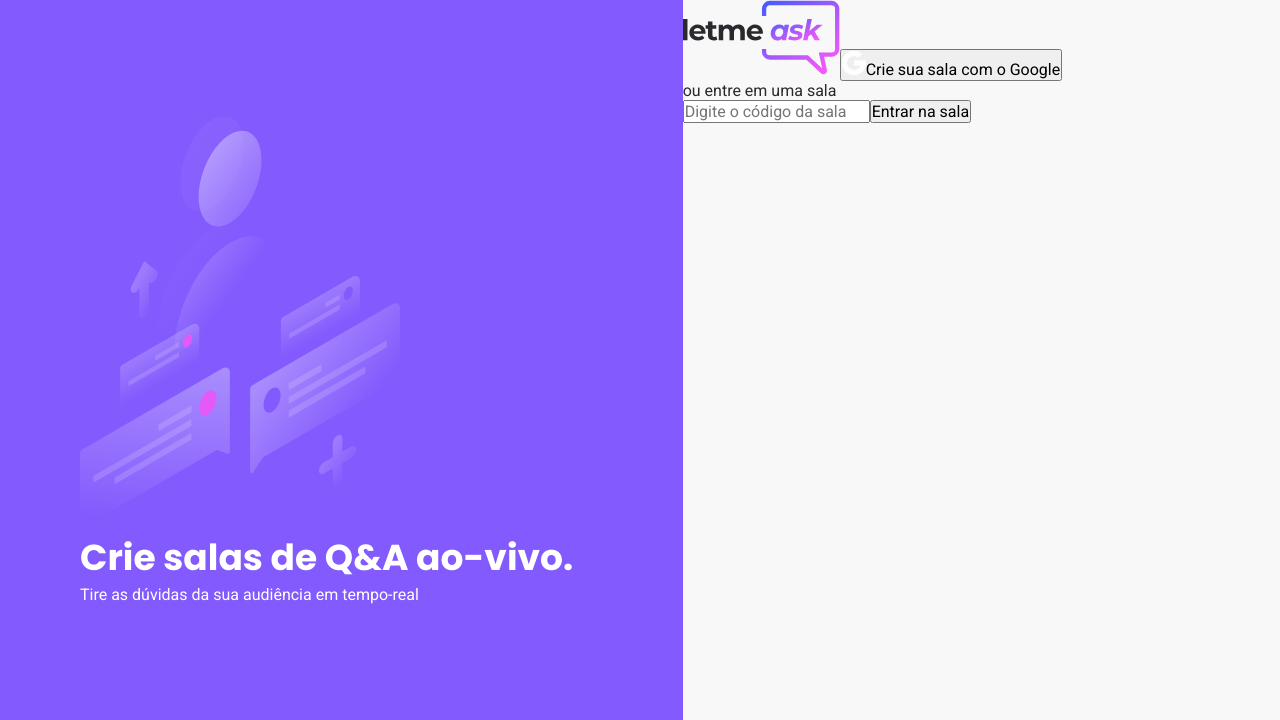
Repository: andynadvorny/letmeask
Page: /
These files come from the project's save history. The page is drawn as it stood at one moment and after the next save; the edit follows.
The browser window is 1280 px wide. The pictures show the whole page.
The project was rebuilt for these pictures with package versions that can differ from the ones it lists, and the page was loaded fresh each time.

Above is the page before, as saved 2021-06-24 10:22:14.

### public/index.html
<!DOCTYPE html>
<html lang="en">
  <head>
    <meta charset="utf-8" />
    <meta name="viewport" content="width=device-width, initial-scale=1" />

    <link rel="preconnect" href="https://fonts.googleapis.com">
    <link rel="preconnect" href="https://fonts.gstatic.com" crossorigin>
    <link href="https://fonts.googleapis.com/css2?family=Poppins:wght@400;700&family=Roboto:wght@400;500&display=swap" rel="stylesheet">

    <title>LetMeAsk</title>
  </head>
  <body>
    <noscript>You need to enable JavaScript to run this app.</noscript>
    <div id="root"></div>
  </body>
</html>

### src/index.tsx
import React from 'react';
import ReactDOM from 'react-dom';
import App from './App';

import './services/firebase';

import './styles/global.scss'

ReactDOM.render(
  <React.StrictMode>
    <App />
  </React.StrictMode>,
  document.getElementById('root')
);

### src/pages/Home.tsx
import illustrationImg from '../assets/images/illustration.svg';
import logoImg from '../assets/images/logo.svg';
import googleIconImg from '../assets/images/google-icon.svg';

import '../styles/auth.scss'

export function Home() {
  return (
    <div id="page-auth">
      <aside>
        <img src={illustrationImg} alt="Ilustração simbolizando perguntas e respostas" />
        <strong>Crie salas de Q&amp;A ao-vivo.</strong>
        <p>Tire as dúvidas da sua audiência em tempo-real</p>
      </aside>
      <main>
        <div>
          <img src={logoImg} alt="LetMeAsk" />
          <button>
            <img src={googleIconImg} alt="Logo do Google" />
            Crie sua sala com o Google
          </button>
          <div>ou entre em uma sala</div>
          <form>
            <input
              type="text"
              placeholder="Digite o código da sala"
            />
            <button type="submit">
              Entrar na sala
            </button>
          </form>
        </div>
      </main>
    </div>
  )
}

### src/styles/auth.scss
#page-auth {
  display: flex;
  align-items: stretch;
  height: 100vh;

  aside {
    flex: 7;

    background: #835afd;
    color: #fff;

    display: flex;
    flex-direction: column;
    justify-content: center;

    padding: 120px 80px;

    img {
      max-width: 320px;
    }

    strong {
      font: 700 36px 'Poppins', sans-serif;
    }
  }

  main {
    flex: 8;
  }
}

Loaded but not shown: src/App.tsx (common file); src/services/firebase.ts (common file); src/styles/global.scss (common file)

After the next save:
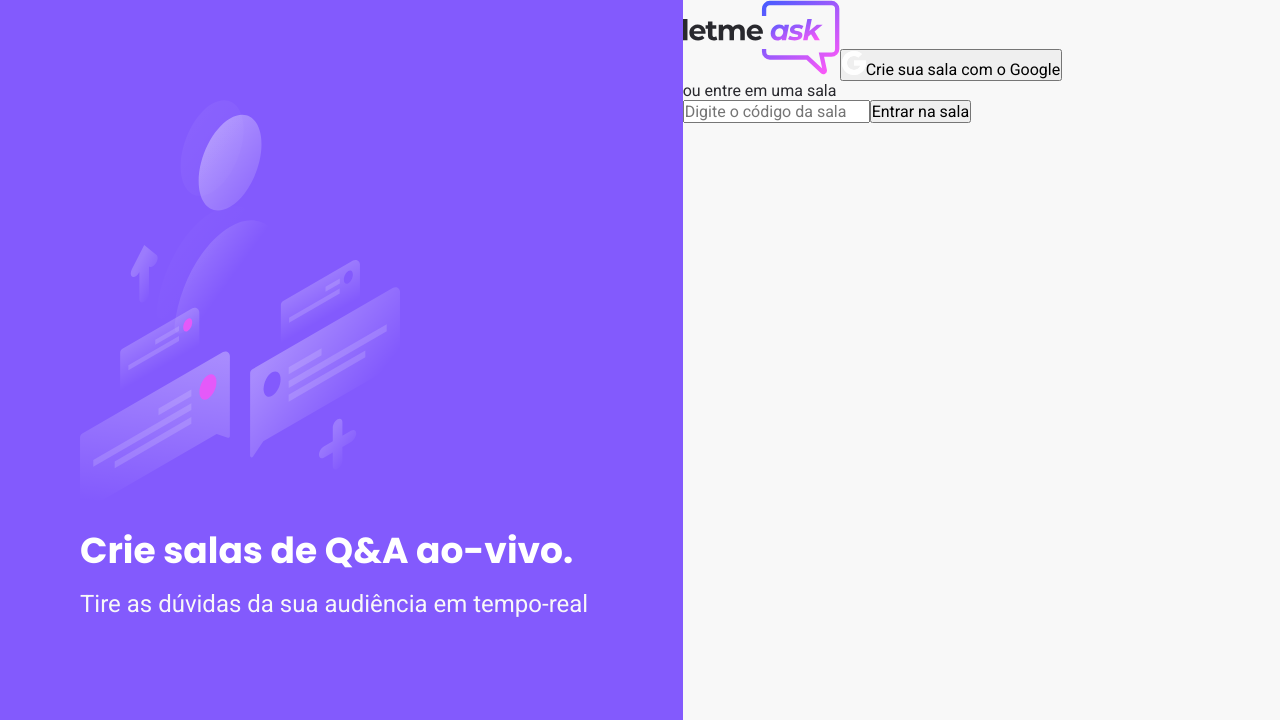
Saved 57 s later.
--- a/src/styles/auth.scss
+++ b/src/styles/auth.scss
@@ -21,6 +21,15 @@
 
     strong {
       font: 700 36px 'Poppins', sans-serif;
+      line-height: 42px;
+      margin-top: 16px;
+    }
+
+    p {
+      font-size: 24px;
+      line-height: 32px;
+      margin-top: 16px;
+      color: #f8f8f8;
     }
   }
 
